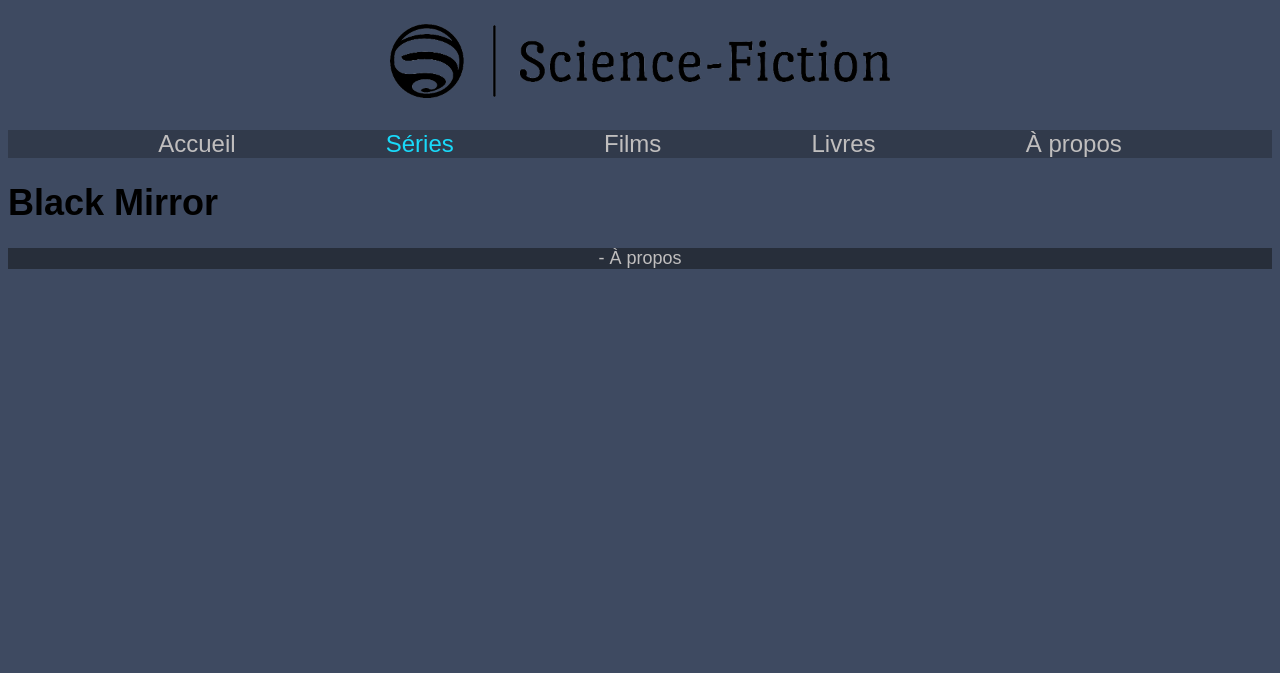
Repository: Emalios/Projet-Web
Page: html/series/black-mirror.html
The author's editor kept a copy of each file at every save. The page is drawn from the files as they stood at one save, then again after the next save.
The browser window is 1280 px wide. The pictures show the whole page.

Above is the page before, as saved 2020-11-11 20:47:51.

### html/series/black-mirror.html
<!DOCTYPE html>
<html lang="fr" dir="ltr">

<head>
  <meta charset="utf-8">
  <meta name="viewport" content="width=device-width, initial-scale=1.0">
  <title>Harry Potter</title>
  <link rel="icon" href="../../images/small_icon.png" type="image/png">
  <link rel="stylesheet" href="../../css/common.css">
  <link rel="stylesheet" href="../../css/magasine.css">
</head>

<body>
  <header>
    <img id="logo" src="../../images/logo_large.png" alt="logo de Science-fiction">

    <nav class="navbar">
      <a href="../../index.html" class="nav-link">Accueil</a></li>
      <a href="../series.html" id="active" class="nav-link">Séries</a></li>
      <a href="../films.html" class="nav-link">Films</a></li>
      <a href="../livres.html" class="nav-link">Livres</a></li>
      <a href="../a-propos.html" class="nav-link">À propos</a></li>
    </nav>
  </header>
  <h1>Black Mirror</h1>
  <main></main>
  <footer><a href="../a-propos.html" class="footer-link">- À propos</a></footer>
</body>


</html>

### css/common.css
body {
  background-color: #3e4a61;
  font-size: 18px;
  font-family: "Source Sans Pro", sans-serif;
}

#logo {
  display: block;
  margin-left: auto;
  margin-right: auto;
  padding-top: 1rem;
  padding-bottom: 2rem;
  max-width: 500px;
}

ul {
  list-style: none outside none;
}

.navbar {
  font-size: 24px;
  display: flex;
  flex-wrap: wrap;
  justify-content: space-evenly;
  padding: 0;
  background-color: #313a4b;
}

.nav-link, .footer-link {
  text-decoration: none;
  color: #c0bebe;
}

.nav-link:hover {
  color: #19dafa;
}

#active {
  color: #19dafa !important;
}

#title {
  text-align: center;
  padding: 1rem;
}

footer {
  background-color: #272e3a;
  text-align: center;
}

@media all and (max-width: 700px) {
  #logo {
    display: block;
    margin-left: auto;
    margin-right: auto;
    padding-top: 1em;
    width: 85%;
    max-width: 500px;
  }

}

### css/magasine.css
.grid-container {
    display: grid;
    grid-gap: 2rem;
    padding-bottom: 2rem;
    align-items: baseline;
    justify-items: center;
    grid-template-columns: repeat(auto-fill, minmax(400px, 1fr));
}

.grid-item {
    text-decoration: none;
}

.article-image {
    width: 150px;
    height: 200px;
}

.article-figure {
    width: 400px;
    background-color: #1a2639;
    box-shadow: 0 4px 8px 0 rgba(0,0,0,0.2);
    transition: 0.3s;
    border-radius: 10px;
    margin: 0;
    display: flex;
    flex-flow: row;
    align-items: center;
}

.article-figure:hover {
    box-shadow: 0px 0px 10px 6px rgba(191,172,159,1);
    zoom: 1;
}

.article-description {
    color: #919191;
    margin: 0;
    padding: 0 15px 0 15px;
    transition: 0.3s;
    text-align: center;
    align-self: center;
    font-family: Verdana, sans-serif;
}

### css/description.css
.resume, .description {
  color: #919191;
  font-family: Verdana, sans-serif;
}

.description {
    color: #d6d0d0;
}

.figure_descriptive {
    margin: 0;
    margin-right: 1rem;
    width: min-content;
    display: flex;
    flex-direction: column;
    float: left;
    text-align: center;
    border-style: groove;
}

.description {
  margin: 0;
  width: 100%;
  text-align: center;
}

.image_descriptive {
  float: left;
  width: 100%;
  min-width: 300px;
}

After the next save:
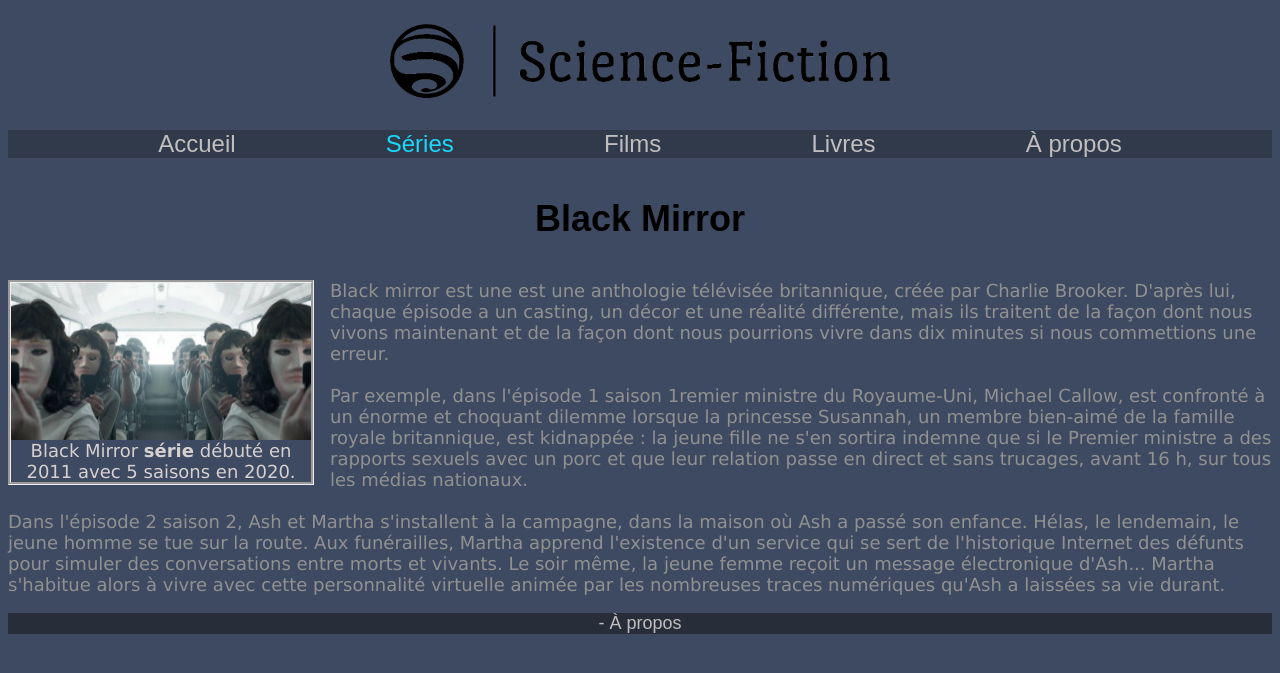
Saved 66 s later.
--- a/html/series/black-mirror.html
+++ b/html/series/black-mirror.html
@@ -4,10 +4,10 @@
 <head>
   <meta charset="utf-8">
   <meta name="viewport" content="width=device-width, initial-scale=1.0">
-  <title>Harry Potter</title>
+  <title>Black Mirror</title>
   <link rel="icon" href="../../images/small_icon.png" type="image/png">
   <link rel="stylesheet" href="../../css/common.css">
-  <link rel="stylesheet" href="../../css/magasine.css">
+  <link rel="stylesheet" href="../../css/description.css">
 </head>
 
 <body>
@@ -15,15 +15,30 @@
     <img id="logo" src="../../images/logo_large.png" alt="logo de Science-fiction">
 
     <nav class="navbar">
-      <a href="../../index.html" class="nav-link">Accueil</a></li>
-      <a href="../series.html" id="active" class="nav-link">Séries</a></li>
-      <a href="../films.html" class="nav-link">Films</a></li>
-      <a href="../livres.html" class="nav-link">Livres</a></li>
-      <a href="../a-propos.html" class="nav-link">À propos</a></li>
+      <a href="../../index.html" class="nav-link">Accueil</a>
+      <a href="../series.html" id="active" class="nav-link">Séries</a>
+      <a href="../films.html" class="nav-link">Films</a>
+      <a href="../livres.html" class="nav-link">Livres</a>
+      <a href="../a-propos.html" class="nav-link">À propos</a>
     </nav>
   </header>
-  <h1>Black Mirror</h1>
-  <main></main>
+  <h1 id="title">Black Mirror</h1>
+  <figure class="figure_descriptive">
+    <img class="image_descriptive" alt="Une scène d'un épisode de Black Mirror" src="../../images/page-serie/black-mirror-scene.jpg" />
+    <figcaption class="description">Black Mirror <b>série</b> débuté en 2011 avec 5 saisons en 2020.</figcaption>
+  </figure>
+  <main>
+    <p class="resume">Black mirror est une est une anthologie télévisée britannique, créée par Charlie Brooker. D'après lui, chaque épisode a un casting, un décor et une réalité différente, mais ils traitent de la façon dont nous vivons maintenant et
+      de la façon dont nous pourrions vivre dans dix minutes si nous commettions une erreur.</br></br>
+
+      Par exemple, dans l'épisode 1 saison 1remier ministre du Royaume-Uni, Michael Callow, est confronté à un énorme et choquant dilemme lorsque la princesse Susannah, un membre bien-aimé de la famille royale britannique, est kidnappée : la
+      jeune fille ne s'en sortira indemne que si le Premier ministre a des rapports sexuels avec un porc et que leur relation passe en direct et sans trucages, avant 16 h, sur tous les médias nationaux.</br></br>
+
+      Dans l'épisode 2 saison 2, Ash et Martha s'installent à la campagne, dans la maison où Ash a passé son enfance. Hélas, le lendemain, le jeune homme se tue sur la route. Aux funérailles, Martha apprend l'existence d'un service qui se sert de
+      l'historique Internet des défunts pour simuler des conversations entre morts et vivants. Le soir même, la jeune femme reçoit un message électronique d'Ash... Martha s'habitue alors à vivre avec cette personnalité virtuelle animée par les
+      nombreuses traces numériques qu'Ash a laissées sa vie durant.
+    </p>
+  </main>
   <footer><a href="../a-propos.html" class="footer-link">- À propos</a></footer>
 </body>
 
